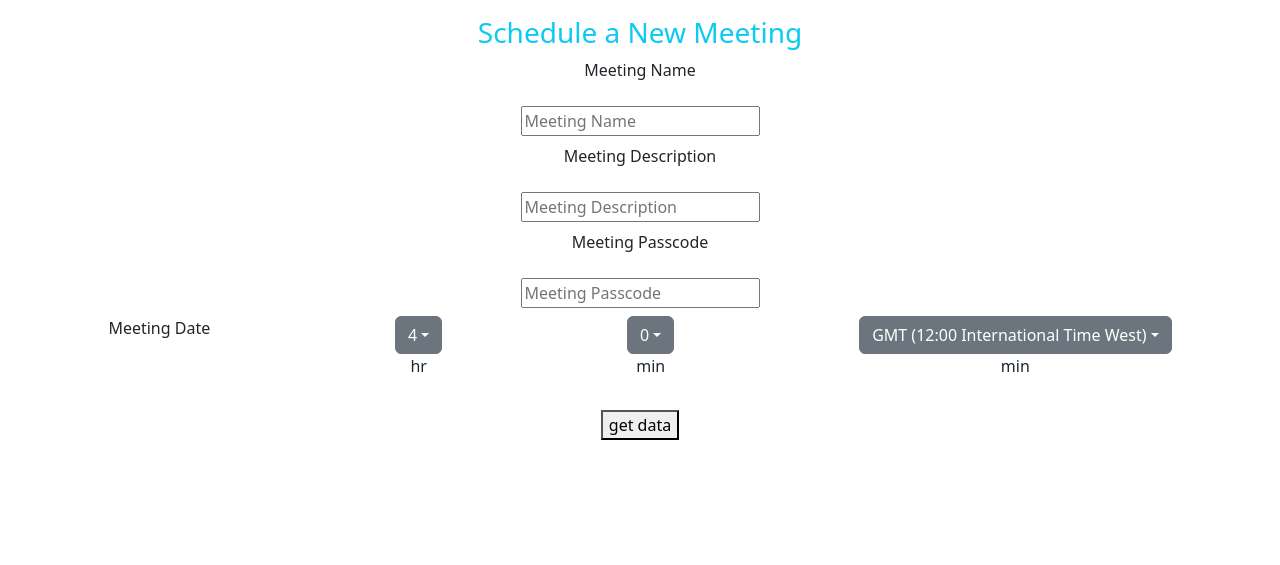
Repository: sreech465/myexam
Page: /smeet
An editor plug-in stored every save of this project. The page is shown before and after the next save, followed by the edit.
The browser window is 1280 px wide. The pictures show the whole page.
The project was rebuilt for these pictures with package versions that can differ from the ones it lists, and the page was loaded fresh each time. Also part of the build but not shown: src/Details.js, src/Jmeet.js, src/Joinmeet.js.

Above is the page before, as saved 2023-01-14 16:43:37.

After the next save:
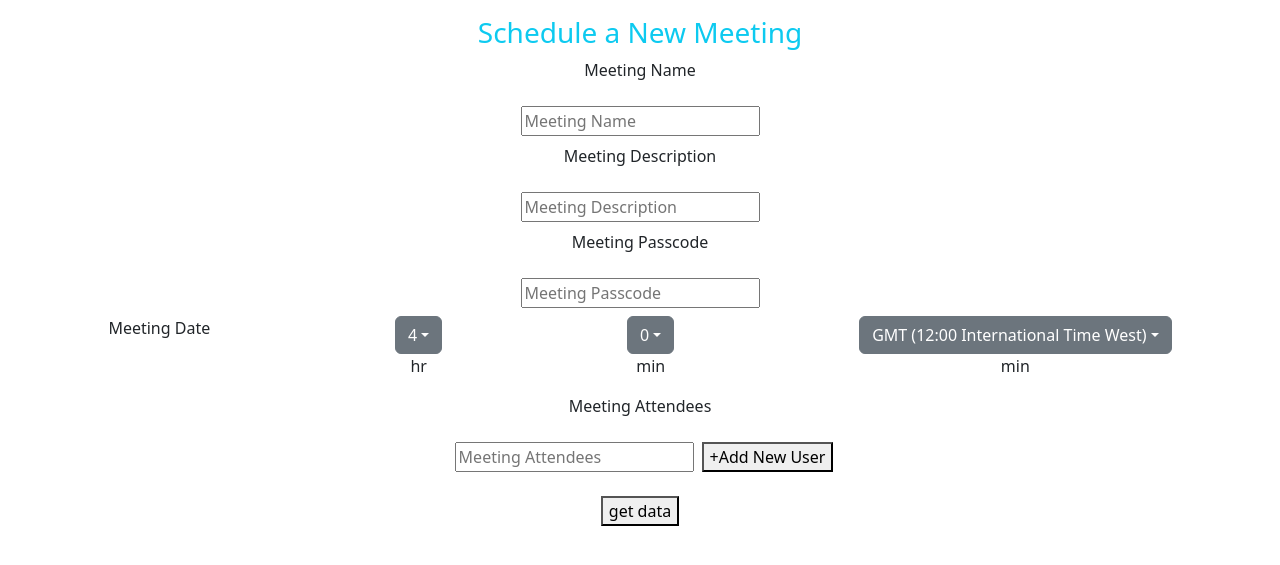
Saved 106 s later.
--- a/src/Smeet.js
+++ b/src/Smeet.js
@@ -137,6 +137,18 @@ const Smeet = () => {
             </div>
           </div>
         </div>
+        <div>
+          <p>Meeting Attendees</p>
+          <input
+            className="m-2"
+            type="text"
+            placeholder="Meeting Attendees"
+            onChange={(e) => {
+              setDet(e.target.value);
+            }}
+          />
+          <button>+Add New User</button>
+        </div>
       </form>
       <button onClick={handleClick}>get data</button>
     </div>
